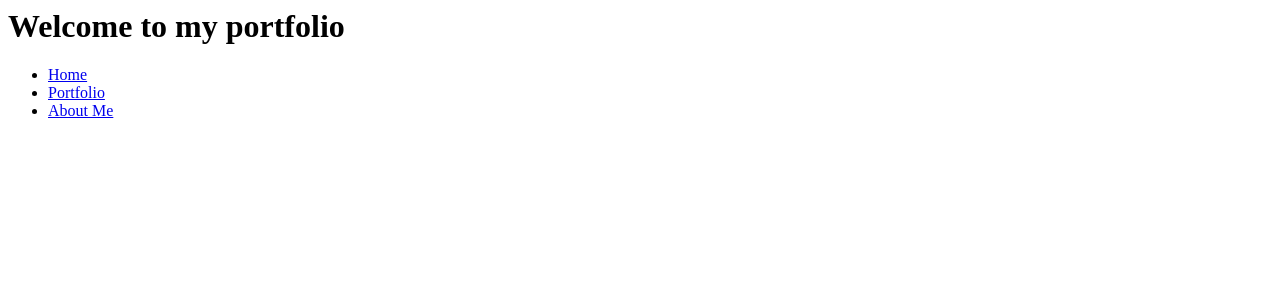
Repository: Kylefostertaz/Kylefostertaz.github.io
Page: portfolio.html
The author's editor kept a record of every edit. The page is drawn from the files as they stood at one moment, then again after the next edit.
The browser window is 1280 px wide. The pictures show the whole page.

Above is the page before.

After the next edit:
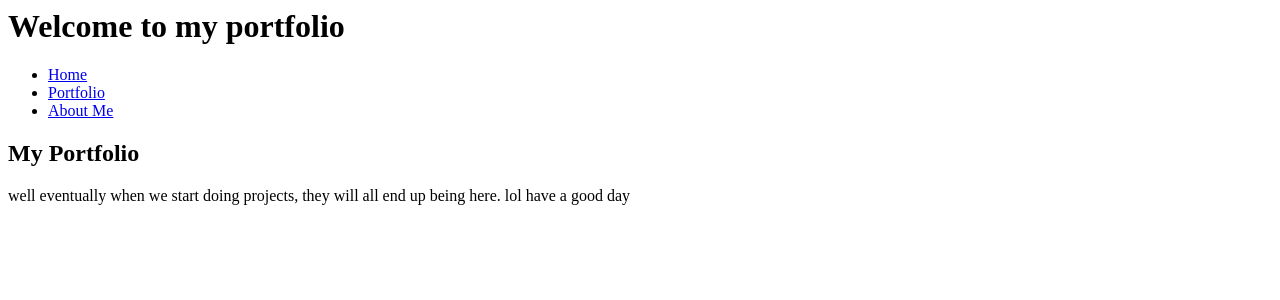
The edit:
--- a/portfolio.html
+++ b/portfolio.html
@@ -14,5 +14,7 @@
             <li><a href="portfolio.html">Portfolio</a></li>
             <li><a href="about.html">About Me</a></li>
         </ul>
+        <h2>My Portfolio</h2>
+        <p>well eventually when we start doing projects, they will all end up being here. lol have a good day</p>
     </body>
 </html>
